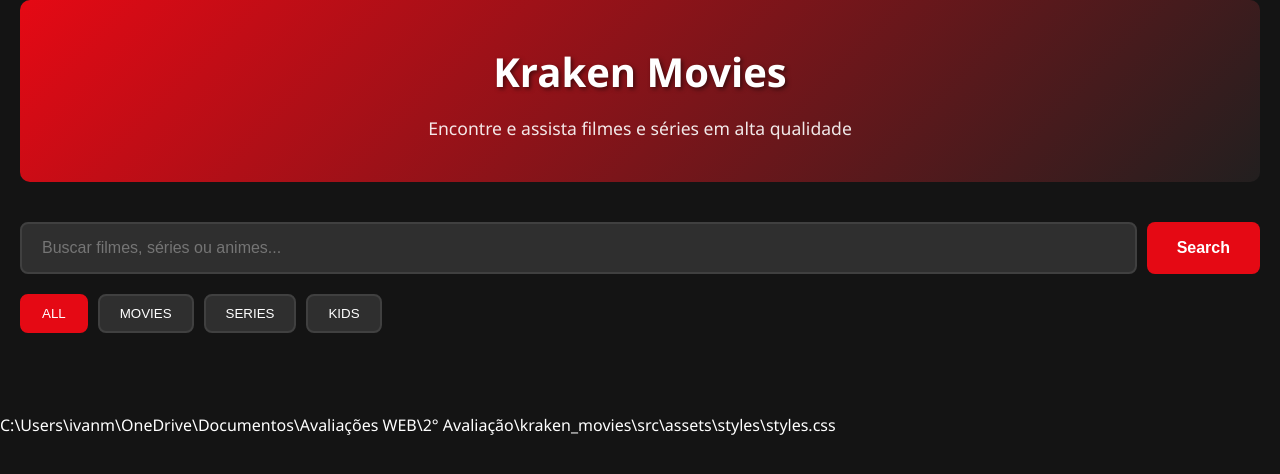
Repository: IvandearaujoBs/2-Avalia-o-Programa-o-WEB
Page: kraken_movies/index.html
The author's editor kept a copy of each file at every save. The page is drawn from the files as they stood at one save, then again after the next save.
The browser window is 1280 px wide. The pictures show the whole page.

Above is the page before, as saved 2025-11-12 22:06:05.

### kraken_movies/index.html

<!DOCTYPE html>
<html lang="pt-BR">
<head>
    <meta charset="UTF-8">
    <meta name="viewport" content="width=device-width, initial-scale=1.0">
    <title>Kraken movies - Filmes e Séries</title>
    <link rel="stylesheet" href="styles\styles.css">
</head>
<body>
    <div class="container">

        <header class="header">
            <div class="header-content">
                <h1 class="logo">Kraken Movies</h1>
                <p class="subtitle">Encontre e assista filmes e séries em alta qualidade</p>
            </div>
        </header>

        <section class="search-section">
            <div class="search-container">
                <input
                    type="text"
                    id="searchInput"
                    class="search-input"
                    placeholder="Buscar filmes, séries ou animes..."
                    autocomplete="off"
                >
                <button id="searchBtn" class="search-btn">Search</button>
            </div>

            <div class="filter-buttons">
                <button class="filter-btn active" data-filter="all">ALL</button>
                <button class="filter-btn" data-filter="movies">MOVIES</button>
                <button class="filter-btn" data-filter="series">SERIES</button>
                <button class="filter-btn" data-filter="series">KIDS</button>
            </div>

        </section>
        <div id="loading" class="loading hidden">
            <div class="spinner"></div>
            <p>Loading content...</p>
        </div>

        <div id="error" class="error hidden"></div>

        <section class="content-section">
            <div id="moviesGrid" class="movies-grid">
            </div>
        </section>

        <div id="noResults" class="no-results hidden">
            <p>No results found, prease try another search!</p>
        </div>

        <div id="pagination" class="pagination hidden">
            <button id="prevBtn" class="pagination-btn">← Previous</button>
            <span id="pageInfo" class="page-info">Página 1</span>
            <button id="nextBtn" class="pagination-btn">Next →</button>
        </div>
    </div>

    <div id="movieModal" class="modal hidden">
        <div class="modal-content">
            <button class="modal-close">&times;</button>
            <div class="modal-body">
                <img id="modalPoster" src="" alt="Poster" class="modal-poster">
                <div class="modal-info">
                    <h2 id="modalTitle"></h2>
                    <p id="modalYear" class="modal-year"></p>
                    <p id="modalDescription" class="modal-description"></p>
                    <div class="modal-links">
                        <a id="tmdbLink" href="#" target="_blank" class="link-btn tmdb-btn">Ver no TMDB</a>
                        <a id="imdbLink" href="#" target="_blank" class="link-btn imdb-btn">Ver no IMDb</a>
                        <a id="watchLink" href="#" target="_blank" class="link-btn watch-btn">Watch</a>
                    </div>
                </div>
            </div>
        </div>
    </div>

    <script src="script.js"></script>
</body>
</html>

C:\Users\ivanm\OneDrive\Documentos\Avaliações WEB\2° Avaliação\kraken_movies\src\assets\styles\styles.css

### styles/styles.css
* {
    margin: 0;
    padding: 0;
    box-sizing: border-box;
}

:root {
    --primary-color: #e50914;
    --secondary-color: #221f1f;
    --accent-color: #f5b800;
    --text-color: #ffffff;
    --bg-color: #141414;
    --card-bg: #2f2f2f;
    --border-color: #404040;
    --transition: all 0.3s ease;
}

body {
    font-family: 'Segoe UI', Tahoma, Geneva, Verdana, sans-serif;
    background-color: var(--bg-color);
    color: var(--text-color);
    line-height: 1.6;
}
footer {
    border: 1px solid#2f2f2f;
    text-align: center;
    padding: 10px;
    margin: auto;
}

.container {
    max-width: 1400px;
    margin: 0 auto;
    padding: 0 20px;
}

.header {
    background: linear-gradient(135deg, var(--primary-color) 0%, var(--secondary-color) 100%);
    padding: 40px 20px;
    text-align: center;
    margin-bottom: 40px;
    border-radius: 10px;
}

.header-content h1 {
    font-size: 2.5rem;
    margin-bottom: 10px;
    text-shadow: 2px 2px 4px rgba(0, 0, 0, 0.5);
}

.subtitle {
    font-size: 1.1rem;
    opacity: 0.9;
}

.search-section {
    margin-bottom: 40px;
}

.search-container {
    display: flex;
    gap: 10px;
    margin-bottom: 20px;
}

.search-input {
    flex: 1;
    padding: 15px 20px;
    border: 2px solid var(--border-color);
    border-radius: 8px;
    background-color: var(--card-bg);
    color: var(--text-color);
    font-size: 1rem;
    transition: var(--transition);
}

.search-input:focus {
    outline: none;
    border-color: var(--primary-color);
    box-shadow: 0 0 10px rgba(229, 9, 20, 0.3);
}

.search-btn {
    padding: 15px 30px;
    background-color: var(--primary-color);
    color: white;
    border: none;
    border-radius: 8px;
    font-size: 1rem;
    font-weight: bold;
    cursor: pointer;
    transition: var(--transition);
}

.search-btn:hover {
    background-color: #c40812;
    transform: translateY(-2px);
}

.filter-buttons {
    display: flex;
    gap: 10px;
    flex-wrap: wrap;
}

.filter-btn {
    padding: 10px 20px;
    background-color: var(--card-bg);
    color: var(--text-color);
    border: 2px solid var(--border-color);
    border-radius: 8px;
    cursor: pointer;
    transition: var(--transition);
    font-weight: 500;
}

.filter-btn:hover,
.filter-btn.active {
    background-color: var(--primary-color);
    border-color: var(--primary-color);
}

.loading {
    display: flex;
    flex-direction: column;
    align-items: center;
    justify-content: center;
    padding: 60px 20px;
}

.spinner {
    border: 4px solid var(--border-color);
    border-top: 4px solid var(--primary-color);
    border-radius: 50%;
    width: 50px;
    height: 50px;
    animation: spin 1s linear infinite;
    margin-bottom: 20px;
}

@keyframes spin {
    0% { transform: rotate(0deg); }
    100% { transform: rotate(360deg); }
}

.loading p {
    font-size: 1.1rem;
    color: #888;
}

.hidden {
    display: none !important;
}

.error {
    background-color: #8b0000;
    border: 2px solid #ff4444;
    color: #fff;
    padding: 15px 20px;
    border-radius: 8px;
    margin-bottom: 20px;
    text-align: center;
}

.movies-grid {
    display: grid;
    grid-template-columns: repeat(auto-fill, minmax(200px, 1fr));
    gap: 20px;
    margin-bottom: 40px;
}

.movie-card {
    background-color: var(--card-bg);
    border-radius: 10px;
    overflow: hidden;
    cursor: pointer;
    transition: var(--transition);
    border: 2px solid transparent;
    position: relative;
}

.movie-card:hover {
    transform: translateY(-10px);
    border-color: var(--primary-color);
    box-shadow: 0 10px 30px rgba(229, 9, 20, 0.3);
}

.movie-poster {
    width: 100%;
    height: 300px;
    object-fit: cover;
    background-color: var(--border-color);
}

.movie-info {
    padding: 15px;
}

.movie-title {
    font-size: 1rem;
    font-weight: bold;
    margin-bottom: 8px;
    white-space: nowrap;
    overflow: hidden;
    text-overflow: ellipsis;
}

.movie-year {
    font-size: 0.9rem;
    color: #888;
    margin-bottom: 10px;
}

.movie-rating {
    display: inline-block;
    background-color: var(--accent-color);
    color: #000;
    padding: 4px 8px;
    border-radius: 4px;
    font-weight: bold;
    font-size: 0.85rem;
}

.movie-overlay {
    position: absolute;
    top: 0;
    left: 0;
    right: 0;
    bottom: 0;
    background: rgba(0, 0, 0, 0.7);
    display: flex;
    align-items: center;
    justify-content: center;
    opacity: 0;
    transition: var(--transition);
}

.movie-card:hover .movie-overlay {
    opacity: 1;
}

.overlay-btn {
    background-color: var(--primary-color);
    color: white;
    border: none;
    padding: 10px 20px;
    border-radius: 5px;
    cursor: pointer;
    font-weight: bold;
    transition: var(--transition);
}

.overlay-btn:hover {
    background-color: #c40812;
}

.no-results {
    text-align: center;
    padding: 60px 20px;
    font-size: 1.2rem;
    color: #888;
}

.pagination {
    display: flex;
    justify-content: center;
    align-items: center;
    gap: 20px;
    margin: 40px 0;
}

.pagination-btn {
    padding: 10px 20px;
    background-color: var(--primary-color);
    color: white;
    border: none;
    border-radius: 8px;
    cursor: pointer;
    transition: var(--transition);
    font-weight: bold;
}

.pagination-btn:hover {
    background-color: #c40812;
}

.pagination-btn:disabled {
    background-color: #666;
    cursor: not-allowed;
    opacity: 0.5;
}

.page-info {
    font-size: 1rem;
    color: #888;
}

.modal {
    position: fixed;
    top: 0;
    left: 0;
    right: 0;
    bottom: 0;
    background-color: rgba(0, 0, 0, 0.9);
    display: flex;
    align-items: center;
    justify-content: center;
    z-index: 1000;
    animation: fadeIn 0.3s ease;
}

@keyframes fadeIn {
    from { opacity: 0; }
    to { opacity: 1; }
}

.modal-content {
    background-color: var(--card-bg);
    border-radius: 10px;
    max-width: 800px;
    width: 90%;
    max-height: 90vh;
    overflow-y: auto;
    position: relative;
    border: 2px solid var(--primary-color);
}

.modal-close {
    position: absolute;
    top: 15px;
    right: 15px;
    background: none;
    border: none;
    color: var(--text-color);
    font-size: 2rem;
    cursor: pointer;
    z-index: 1001;
    transition: var(--transition);
}

.modal-close:hover {
    color: var(--primary-color);
}

.modal-body {
    display: grid;
    grid-template-columns: 1fr 1fr;
    gap: 30px;
    padding: 30px;
}

.modal-poster {
    width: 100%;
    border-radius: 8px;
    object-fit: cover;
}

.modal-info h2 {
    font-size: 2rem;
    margin-bottom: 10px;
}

.modal-year {
    color: #888;
    font-size: 1rem;
    margin-bottom: 15px;
}

.modal-description {
    margin-bottom: 20px;
    line-height: 1.8;
    color: #ddd;
}

.modal-links {
    display: flex;
    flex-direction: column;
    gap: 10px;
}

.link-btn {
    padding: 12px 20px;
    border-radius: 8px;
    text-decoration: none;
    text-align: center;
    font-weight: bold;
    transition: var(--transition);
    display: inline-block;
}

.tmdb-btn {
    background-color: #01b4e4;
    color: white;
}

.tmdb-btn:hover {
    background-color: #0099cc;
}

.imdb-btn {
    background-color: #f5b800;
    color: #000;
}

.imdb-btn:hover {
    background-color: #e6a700;
}

.watch-btn {
    background-color: var(--primary-color);
    color: white;
}

.watch-btn:hover {
    background-color: #c40812;
}

@media (max-width: 768px) {
    .header-content h1 {
        font-size: 1.8rem;
    }

    .search-container {
        flex-direction: column;
    }

    .movies-grid {
        grid-template-columns: repeat(auto-fill, minmax(150px, 1fr));
        gap: 15px;
    }

    .modal-body {
        grid-template-columns: 1fr;
        gap: 20px;
        padding: 20px;
    }

    .modal-info h2 {
        font-size: 1.5rem;
    }

    .filter-buttons {
        justify-content: center;
    }
}

@media (max-width: 480px) {
    .container {
        padding: 0 10px;
    }

    .header-content h1 {
        font-size: 1.5rem;
    }

    .movies-grid {
        grid-template-columns: repeat(auto-fill, minmax(120px, 1fr));
        gap: 10px;
    }

    .movie-poster {
        height: 200px;
    }

    .pagination {
        flex-direction: column;
        gap: 10px;
    }

    .pagination-btn {
        width: 100%;
    }
}

Loaded but not shown: kraken_movies/src/script.js (empty)

After the next save:
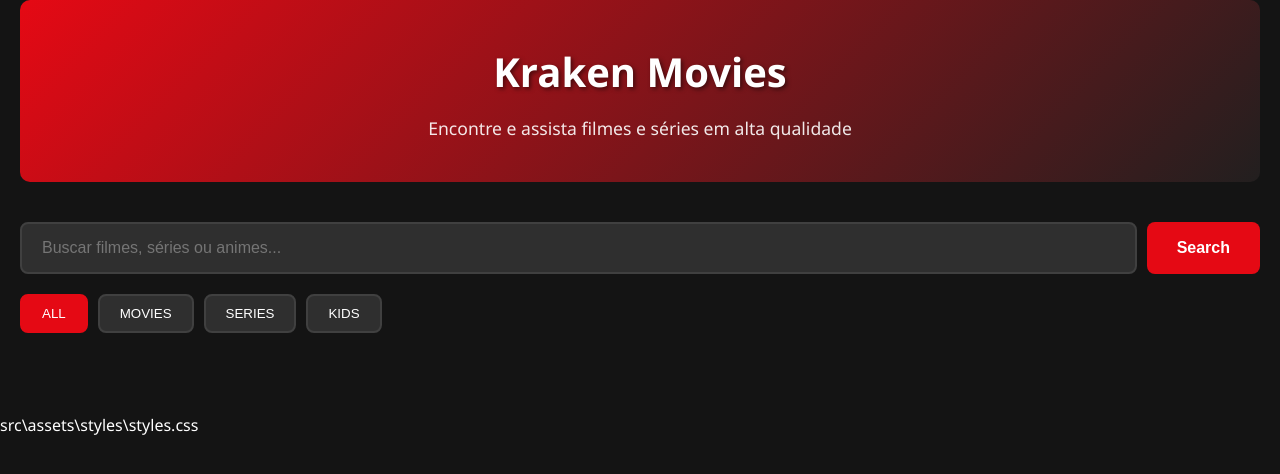
Saved 9 s later.
--- a/kraken_movies/index.html
+++ b/kraken_movies/index.html
@@ -82,5 +82,4 @@
     <script src="script.js"></script>
 </body>
 </html>
-
-C:\Users\ivanm\OneDrive\Documentos\Avaliações WEB\2° Avaliação\kraken_movies\src\assets\styles\styles.css
+src\assets\styles\styles.css
